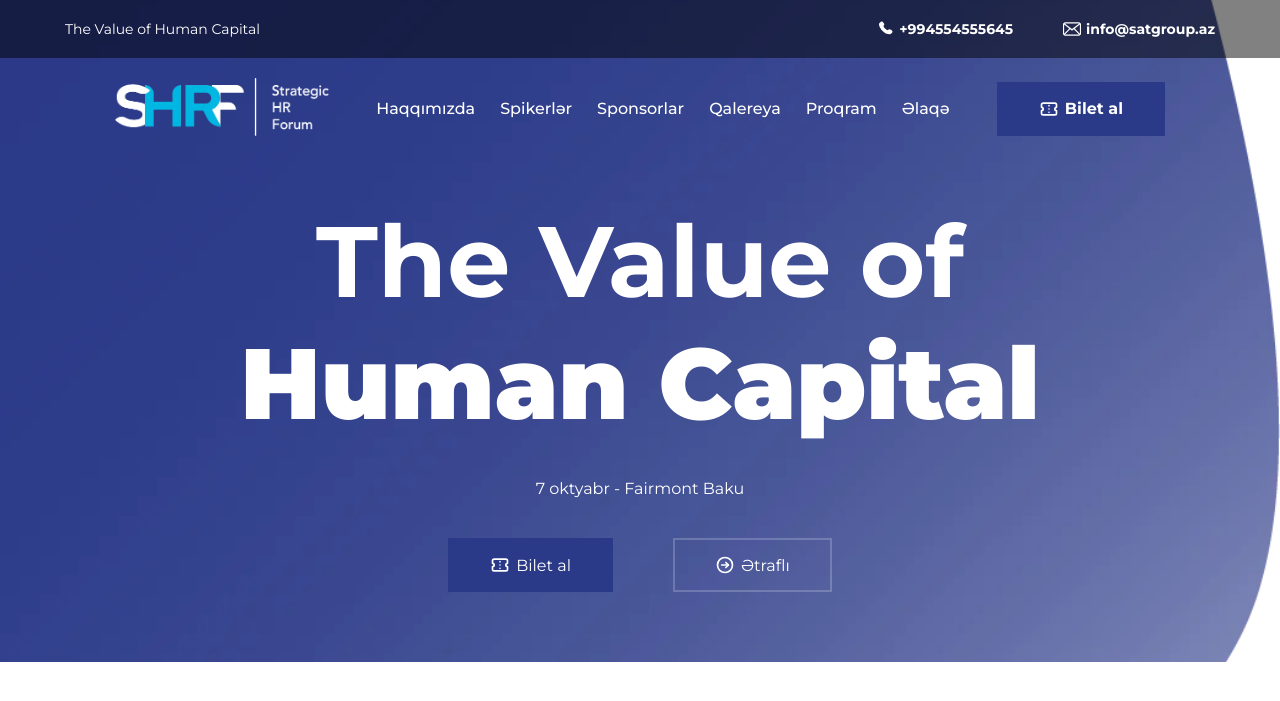
Repository: allahverdiyevabdulhasan/shrf
Page: /
These files come from the project's save history. The page is drawn as it stood at one moment and after the next save; the edit follows.
The browser window is 1280 px wide. The pictures show the whole page.
The project was rebuilt for these pictures with package versions that can differ from the ones it lists, and the page was loaded fresh each time. Also part of the build but not shown: vite.config.js, src/App.css.

Above is the page before, as saved 2024-08-16 11:11:04.

### src/App.jsx
import './App.css'
import Header from './components/Header'
import Intro from './components/Intro'

function App() {

  return (
    <div id='page'>
      <Header />
      <Intro />
    </div>
  )
}

export default App

### src/index.css
@import url('https://fonts.googleapis.com/css2?family=Montserrat:ital,wght@0,100..900;1,100..900&display=swap');

* {
  margin: 0;
  box-sizing: border-box;
  padding: 0;
  font-family: Montserrat;
  transition: all .4s ease-in-out;
}

:root {
  --globalPrimary: #2a3988;
}

ul {
  padding: 0;
  list-style: none;
}

a {
  color: #fff;
  text-decoration: none;
}

button {
  cursor: pointer;
}

.container {
  max-width: 1170px;
  margin: 0 auto;
  padding: 0 10px;
}
#page{
  position: relative;
}

.buy__button {
  display: flex;
  align-items: center;
  border: 2px solid transparent;
  background: var(--globalPrimary);
  font-size: 16px;
  font-weight: 700;
  color: #fff;
  padding: 15px 40px;
  & svg{
    margin: 0 6px 0 0;
  }
  &:hover {
    box-shadow: 0 3px 10px 3px #fff;
    transform: translateY(-3px);
  }
}

### src/components/Header/index.jsx

import NavItems from './navItems'
import s from './style.module.css'

export default function Header() {


    return (
        <header >
             <div className={s.top}>
               <div className="container">
               <div className={s.top__left}>
                    The Value of Human Capital
                </div>
                <div className={s.top__right}>
                    <ul>
                        <li>
                            <a href="tel:+994554555645">
                            <svg width={18} viewBox="0 0 24 24" fill="none" xmlns="http://www.w3.org/2000/svg"><g id="SVGRepo_bgCarrier" stroke-width="0"></g><g id="SVGRepo_tracerCarrier" stroke-linecap="round" stroke-linejoin="round"></g><g id="SVGRepo_iconCarrier"> <path d="M16.5562 12.9062L16.1007 13.359C16.1007 13.359 15.0181 14.4355 12.0631 11.4972C9.10812 8.55901 10.1907 7.48257 10.1907 7.48257L10.4775 7.19738C11.1841 6.49484 11.2507 5.36691 10.6342 4.54348L9.37326 2.85908C8.61028 1.83992 7.13596 1.70529 6.26145 2.57483L4.69185 4.13552C4.25823 4.56668 3.96765 5.12559 4.00289 5.74561C4.09304 7.33182 4.81071 10.7447 8.81536 14.7266C13.0621 18.9492 17.0468 19.117 18.6763 18.9651C19.1917 18.9171 19.6399 18.6546 20.0011 18.2954L21.4217 16.883C22.3806 15.9295 22.1102 14.2949 20.8833 13.628L18.9728 12.5894C18.1672 12.1515 17.1858 12.2801 16.5562 12.9062Z" fill="#ffffff"></path> </g></svg>
                            +994554555645</a>
                        </li>
                        <li>
                            <a href="mailto:info@satgroup.az">
                            <svg width={18} viewBox="0 -4 32 32" version="1.1" xmlns="http://www.w3.org/2000/svg" xmlns:xlink="http://www.w3.org/1999/xlink" xmlns:sketch="http://www.bohemiancoding.com/sketch/ns" fill="#000000"><g id="SVGRepo_bgCarrier" stroke-width="0"></g><g id="SVGRepo_tracerCarrier" stroke-linecap="round" stroke-linejoin="round"></g><g id="SVGRepo_iconCarrier"> <title>mail</title> <desc>Created with Sketch Beta.</desc> <defs> </defs> <g id="Page-1" stroke="none" stroke-width="1" fill="none" fill-rule="evenodd" sketch:type="MSPage"> <g id="Icon-Set" sketch:type="MSLayerGroup" transform="translate(-412.000000, -259.000000)" fill="#ffffff"> <path d="M442,279 C442,279.203 441.961,279.395 441.905,279.578 L433,270 L442,263 L442,279 L442,279 Z M415.556,280.946 L424.58,271.33 L428,273.915 L431.272,271.314 L440.444,280.946 C440.301,280.979 415.699,280.979 415.556,280.946 L415.556,280.946 Z M414,279 L414,263 L423,270 L414.095,279.578 C414.039,279.395 414,279.203 414,279 L414,279 Z M441,261 L428,271 L415,261 L441,261 L441,261 Z M440,259 L416,259 C413.791,259 412,260.791 412,263 L412,279 C412,281.209 413.791,283 416,283 L440,283 C442.209,283 444,281.209 444,279 L444,263 C444,260.791 442.209,259 440,259 L440,259 Z" id="mail" sketch:type="MSShapeGroup"> </path> </g> </g> </g></svg>
                                info@satgroup.az</a>
                            </li>
                    </ul>
                </div>
               </div>
            </div>
            <div className="container">

            <div className={s.header__items}>
                <div className={s.logo}>
                    <a href="/"><img src="./public/assets/img/logo.webp" alt="Logo" /></a>
                </div>
               <NavItems />
            </div>
            </div>

        </header>
    )
}

### src/components/Intro/index.jsx
import s from './style.module.css'

export default function Intro() {


    return (
        <div className={s.intro}>
            <div className={s.intro__content}>
                <h1>
                    The Value of
                    <br />
                    <span>Human Capital</span>
                </h1>

                <p>7 oktyabr - Fairmont Baku</p>

                <div className={s.buttons}>
                <button className='buy__button'>
                <svg width={20} viewBox="0 0 24 24" fill="none" xmlns="http://www.w3.org/2000/svg"><g id="SVGRepo_bgCarrier" stroke-width="0"></g><g id="SVGRepo_tracerCarrier" stroke-linecap="round" stroke-linejoin="round"></g><g id="SVGRepo_iconCarrier"> <path d="M12 16H12.01M12 12H12.01M12 8H12.01M21 14V17C21 18.1046 20.1046 19 19 19H5C3.89543 19 3 18.1046 3 17V14C4.10457 14 5 13.1046 5 12C5 10.8954 4.10457 10 3 10V7C3 5.89543 3.89543 5 5 5H19C20.1046 5 21 5.89543 21 7V10C19.8954 10 19 10.8954 19 12C19 13.1046 19.8954 14 21 14Z" stroke="#ffffff" stroke-width="2" stroke-linecap="round" stroke-linejoin="round"></path> </g></svg>
                    Bilet al
                </button>
                <a href="" className='buy__button'>
                <svg  width={20} viewBox="0 0 24 24" fill="none" xmlns="http://www.w3.org/2000/svg"><g id="SVGRepo_bgCarrier" stroke-width="0"></g><g id="SVGRepo_tracerCarrier" stroke-linecap="round" stroke-linejoin="round"></g><g id="SVGRepo_iconCarrier"> <path d="M21 12C21 16.9706 16.9706 21 12 21C7.02944 21 3 16.9706 3 12C3 7.02944 7.02944 3 12 3C16.9706 3 21 7.02944 21 12Z" stroke="#ffffff" stroke-width="2"></path> <path d="M16 12L8 12" stroke="#ffffff" stroke-width="2" stroke-linecap="round" stroke-linejoin="round"></path> <path d="M13 15L15.913 12.087V12.087C15.961 12.039 15.961 11.961 15.913 11.913V11.913L13 9" stroke="#ffffff" stroke-width="2" stroke-linecap="round" stroke-linejoin="round"></path> </g></svg>

                Ətraflı
                </a>
                </div>
            </div>
        </div>
    )
}

### src/components/Header/navItems/index.jsx


export default function NavItems() {


    return (
        <>
            <nav>
                <ul>
                    <li><a href="">Haqqımızda</a></li>
                    <li><a href="">Spikerlər</a></li>
                    <li><a href="">Sponsorlar</a></li>
                    <li><a href="">Qalereya</a></li>
                    <li><a href="">Proqram</a></li>
                    <li><a href="">Əlaqə</a></li>
                </ul>
            </nav>
            <button className='buy__button'>
                <svg width={20} viewBox="0 0 24 24" fill="none" xmlns="http://www.w3.org/2000/svg"><g id="SVGRepo_bgCarrier" stroke-width="0"></g><g id="SVGRepo_tracerCarrier" stroke-linecap="round" stroke-linejoin="round"></g><g id="SVGRepo_iconCarrier"> <path d="M12 16H12.01M12 12H12.01M12 8H12.01M21 14V17C21 18.1046 20.1046 19 19 19H5C3.89543 19 3 18.1046 3 17V14C4.10457 14 5 13.1046 5 12C5 10.8954 4.10457 10 3 10V7C3 5.89543 3.89543 5 5 5H19C20.1046 5 21 5.89543 21 7V10C19.8954 10 19 10.8954 19 12C19 13.1046 19.8954 14 21 14Z" stroke="#ffffff" stroke-width="2" stroke-linecap="round" stroke-linejoin="round"></path> </g></svg>
                Bilet al
            </button>
        </>
    )
}

### src/components/Header/style.module.css
header {
    position: absolute;
    top: 0;
    left: 50%;
    width: 100%;
    transform: translateX(-50%);
}

.top {
    padding: 20px 0;
    color: #fff;
    font-size: 14px;
    & > div{
        width: 100%;
        display: flex;
        justify-content: space-between;
        align-items: center;
    }
}

.top__right {
    & a,
    & ul {
        display: flex;
        align-items: center;
        font-weight: 700;
        flex-wrap: wrap;
        justify-content: end;
    }

    & li {
        margin: 0 0 0 50px;
        &:first-child{
            margin: 0;
        }
    }

    & svg {
        margin: 0 5px 0 0;
    }

    & a:hover {
        text-shadow: 0 0 10px #fff;

    }
}


.header__items {
    display: flex;
    padding: 20px 50px;
    align-items: center;
    justify-content: space-between;

    & .logo{
        max-width: 214px;
        min-width: 150px;
        & img{
            width: 100%;
        }
    }
    & .menu{
        display: flex;
        align-items: center;
        flex: 1;
        justify-content: space-evenly;

    }
    & nav{
        margin: 0 10px;
    }

    & ul {
        display: flex;
        & li{
            margin: 0 25px 0 0;
            position: relative;
            &::after{
                content: '';
                position: absolute;
                bottom: 0;
                left: 0;
                width: 0;
                height: 3px;
                border-radius: 3px;
                background-color: #00FFF0;
                transition: all .4s ease-in-out;
            }
            &:hover{
                & a{
                    color: #00FFF0;
                }
                &::after{
                    width: 100%;
                }
            }
            & a{
                display: inline-block;
                padding: 10px 0;
                font-weight: 500;
            }
            &:last-child{
                margin: 0;
            }
        }
    }
}



@media only screen and (width < 1290px){
    header{
        .top{
            background: #0000007e;
        }
    }
}

@media only screen and (width < 1100px){
    header{
       & .menu{
        position: sticky;
        left: 0;
        top: 0;
        width: 100%;
        height: 100%;
       }
    }
}

### src/components/Intro/style.module.css
.intro{
    min-height: 80vh;
    background: url('./../../../public/assets/img/introBg.webp') center/cover;
    display: flex;
    align-items: center;
    justify-content: center;

    & h1{
        font-size: clamp(45px, 8vw, 100px);
        color: #fff;
        text-align: center;
        margin: 200px 0 0 0;
        & span{
            font-weight: 900;
        }
    }
}

.intro__content{
    margin: 0 0 70px 0;
    & > p{
        color: #fff;
        text-align: center;
        margin: 35px 0  40px 0;
    }

    & .buttons{
        display: flex;
        justify-content: center;
        align-items: center;
        & button, & a{
            font-weight: 400;
            margin: 0 clamp(10px, 3vw, 30px);
        }
        & a{
            background: none;
            border-color: #FFFFFF33;
            &:hover{
                background-color: var(--globalPrimary);
            }
        }
    }
}

Loaded but not shown: index.html (common file); src/main.jsx (common file)

After the next save:
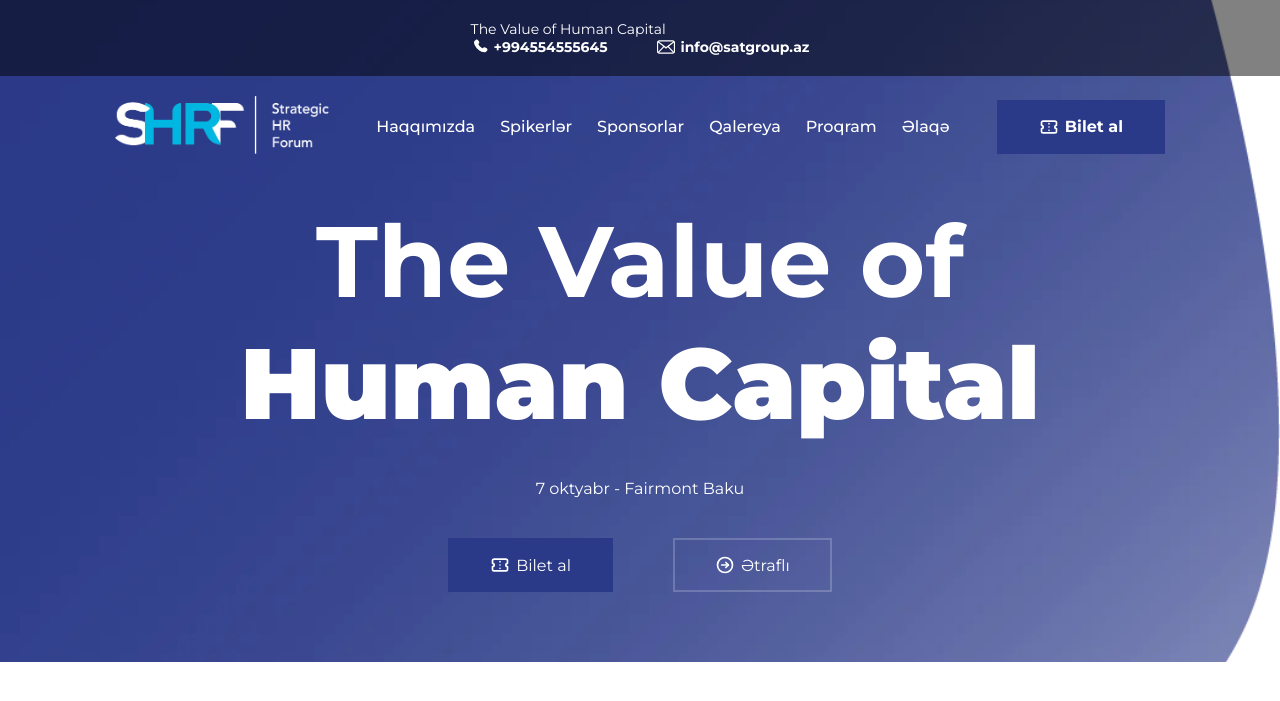
Saved 27 s later.
--- a/src/components/Header/style.module.css
+++ b/src/components/Header/style.module.css
@@ -10,15 +10,15 @@
     padding: 20px 0;
     color: #fff;
     font-size: 14px;
-    & > div{
-        width: 100%;
-        display: flex;
-        justify-content: space-between;
-        align-items: center;
-    }
+    display: flex;
+    justify-content: space-between;
+    align-items: center;
+
+
 }
 
 .top__right {
+
     & a,
     & ul {
         display: flex;
@@ -30,7 +30,8 @@
 
     & li {
         margin: 0 0 0 50px;
-        &:first-child{
+
+        &:first-child {
             margin: 0;
         }
     }
@@ -52,30 +53,35 @@
     align-items: center;
     justify-content: space-between;
 
-    & .logo{
+    & .logo {
         max-width: 214px;
         min-width: 150px;
-        & img{
+
+        & img {
             width: 100%;
         }
     }
-    & .menu{
+
+    & .menu {
         display: flex;
         align-items: center;
         flex: 1;
         justify-content: space-evenly;
 
     }
-    & nav{
+
+    & nav {
         margin: 0 10px;
     }
 
     & ul {
         display: flex;
-        & li{
+
+        & li {
             margin: 0 25px 0 0;
             position: relative;
-            &::after{
+
+            &::after {
                 content: '';
                 position: absolute;
                 bottom: 0;
@@ -86,20 +92,24 @@
                 background-color: #00FFF0;
                 transition: all .4s ease-in-out;
             }
-            &:hover{
-                & a{
+
+            &:hover {
+                & a {
                     color: #00FFF0;
                 }
-                &::after{
+
+                &::after {
                     width: 100%;
                 }
             }
-            & a{
+
+            & a {
                 display: inline-block;
                 padding: 10px 0;
                 font-weight: 500;
             }
-            &:last-child{
+
+            &:last-child {
                 margin: 0;
             }
         }
@@ -108,22 +118,22 @@
 
 
 
-@media only screen and (width < 1290px){
-    header{
-        .top{
+@media only screen and (width < 1290px) {
+    header {
+        .top {
             background: #0000007e;
         }
     }
 }
 
-@media only screen and (width < 1100px){
-    header{
-       & .menu{
-        position: sticky;
-        left: 0;
-        top: 0;
-        width: 100%;
-        height: 100%;
-       }
+@media only screen and (width < 1100px) {
+    header {
+        & .menu {
+            position: sticky;
+            left: 0;
+            top: 0;
+            width: 100%;
+            height: 100%;
+        }
     }
 }

After the save that followed:
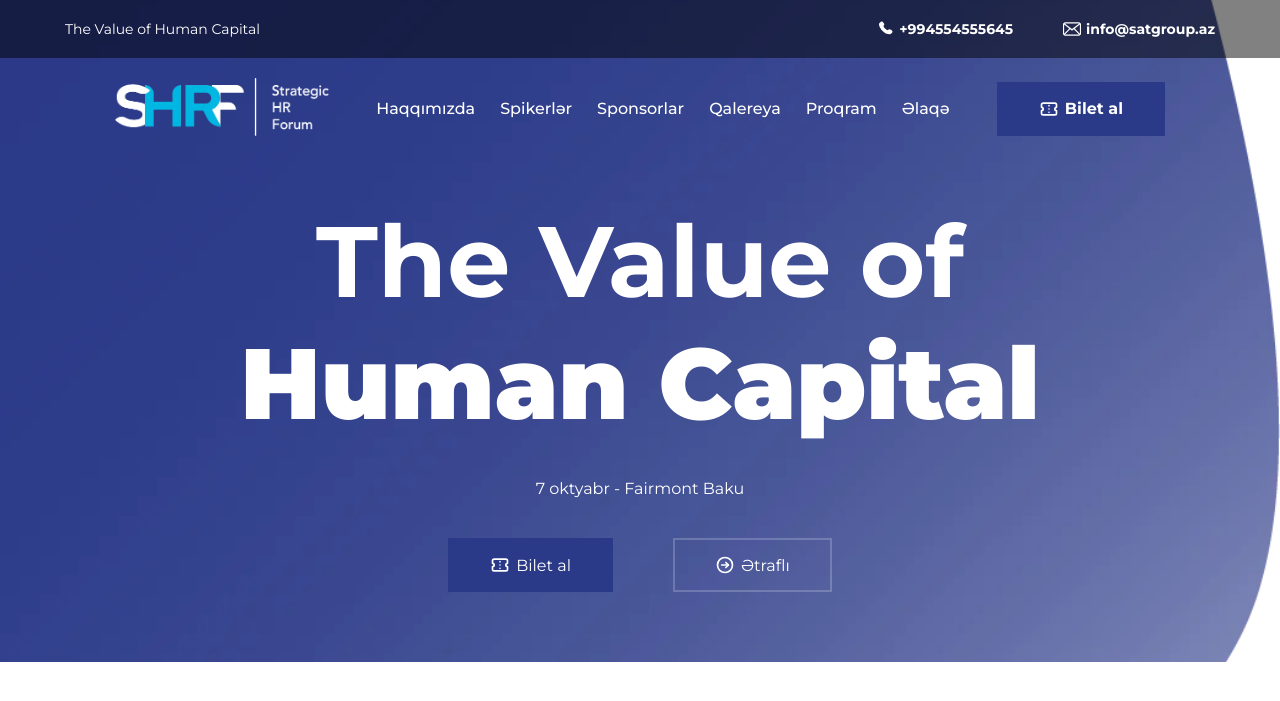
Saved 19 s later.
--- a/src/components/Header/style.module.css
+++ b/src/components/Header/style.module.css
@@ -10,15 +10,15 @@
     padding: 20px 0;
     color: #fff;
     font-size: 14px;
-    display: flex;
-    justify-content: space-between;
-    align-items: center;
-
-
+    & > div{
+        width: 100%;
+        display: flex;
+        justify-content: space-between;
+        align-items: center;
+    }
 }
 
 .top__right {
-
     & a,
     & ul {
         display: flex;
@@ -30,8 +30,7 @@
 
     & li {
         margin: 0 0 0 50px;
-
-        &:first-child {
+        &:first-child{
             margin: 0;
         }
     }
@@ -53,35 +52,24 @@
     align-items: center;
     justify-content: space-between;
 
-    & .logo {
+    & .logo{
         max-width: 214px;
         min-width: 150px;
-
-        & img {
+        & img{
             width: 100%;
         }
     }
 
-    & .menu {
-        display: flex;
-        align-items: center;
-        flex: 1;
-        justify-content: space-evenly;
-
-    }
-
-    & nav {
+    & nav{
         margin: 0 10px;
     }
 
     & ul {
         display: flex;
-
-        & li {
+        & li{
             margin: 0 25px 0 0;
             position: relative;
-
-            &::after {
+            &::after{
                 content: '';
                 position: absolute;
                 bottom: 0;
@@ -92,24 +80,20 @@
                 background-color: #00FFF0;
                 transition: all .4s ease-in-out;
             }
-
-            &:hover {
-                & a {
+            &:hover{
+                & a{
                     color: #00FFF0;
                 }
-
-                &::after {
+                &::after{
                     width: 100%;
                 }
             }
-
-            & a {
+            & a{
                 display: inline-block;
                 padding: 10px 0;
                 font-weight: 500;
             }
-
-            &:last-child {
+            &:last-child{
                 margin: 0;
             }
         }
@@ -118,22 +102,22 @@
 
 
 
-@media only screen and (width < 1290px) {
-    header {
-        .top {
+@media only screen and (width < 1290px){
+    header{
+        .top{
             background: #0000007e;
         }
     }
 }
 
-@media only screen and (width < 1100px) {
-    header {
-        & .menu {
-            position: sticky;
-            left: 0;
-            top: 0;
-            width: 100%;
-            height: 100%;
-        }
+@media only screen and (width < 1100px){
+    header{
+       & .menu{
+        position: sticky;
+        left: 0;
+        top: 0;
+        width: 100%;
+        height: 100%;
+       }
     }
 }
